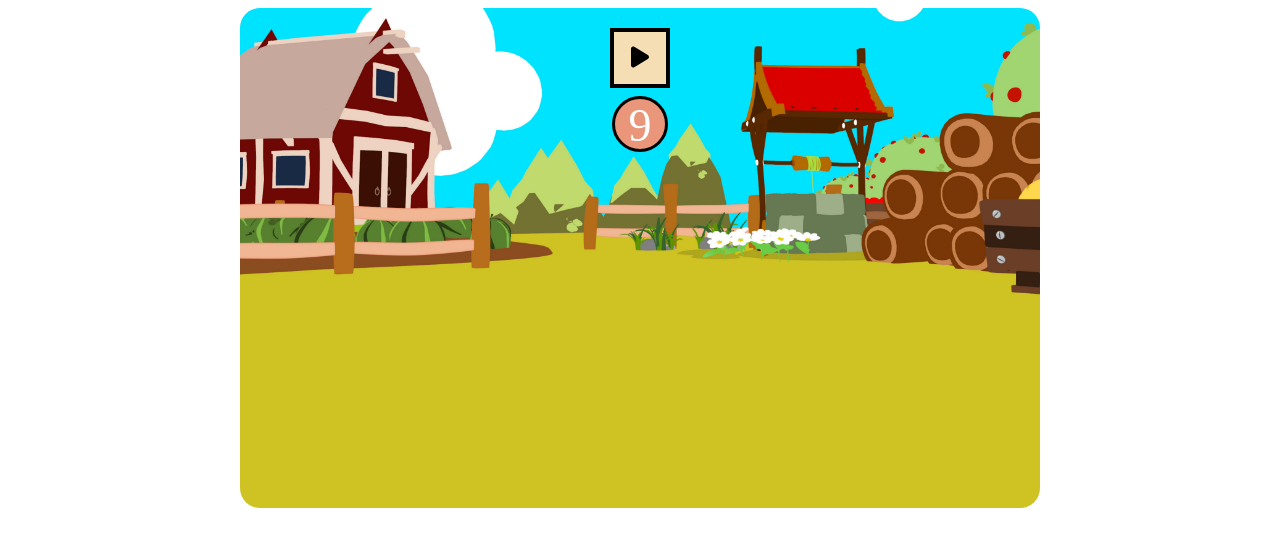
Repository: dhchun1203/browser-practice-works-
Page: carrot/index.html
The author's editor kept a copy of each file at every save. The page is drawn from the files as they stood at one save, then again after the next save.
The browser window is 1280 px wide. The pictures show the whole page.
Some web libraries are served in a nearby version.

Above is the page before, as saved 2021-01-10 18:42:41.

After the next save:
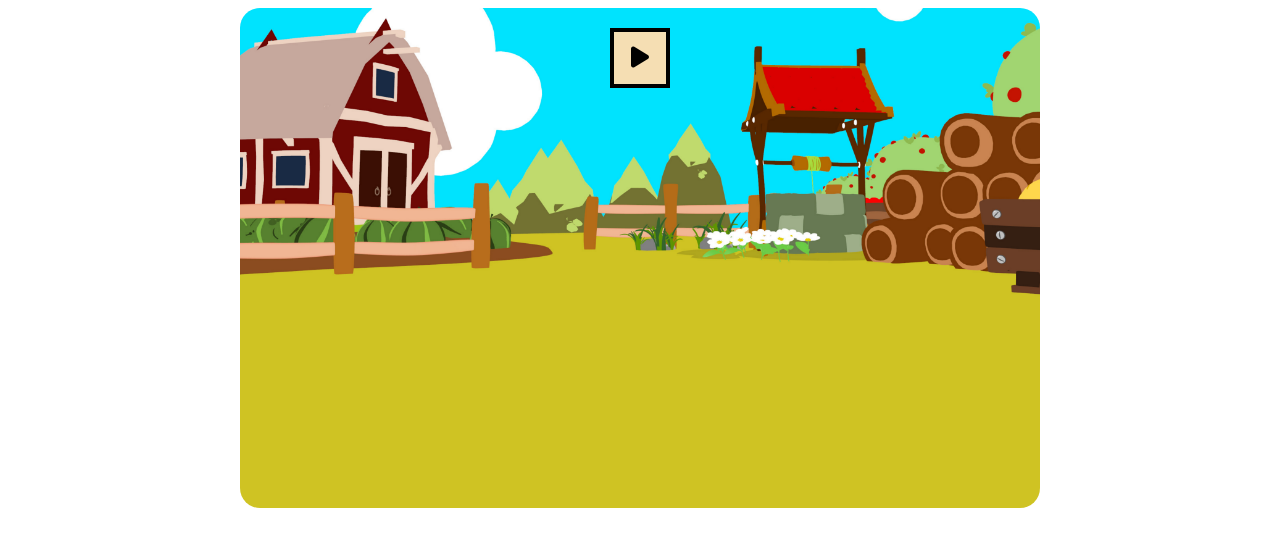
Saved 18 s later.
--- a/carrot/style.css
+++ b/carrot/style.css
@@ -55,6 +55,7 @@ body {
 	border-radius: 50%;
 	background-color: darksalmon;
 	color: white;
+	display: none;
 }
 .game__field {
 	position: relative;
